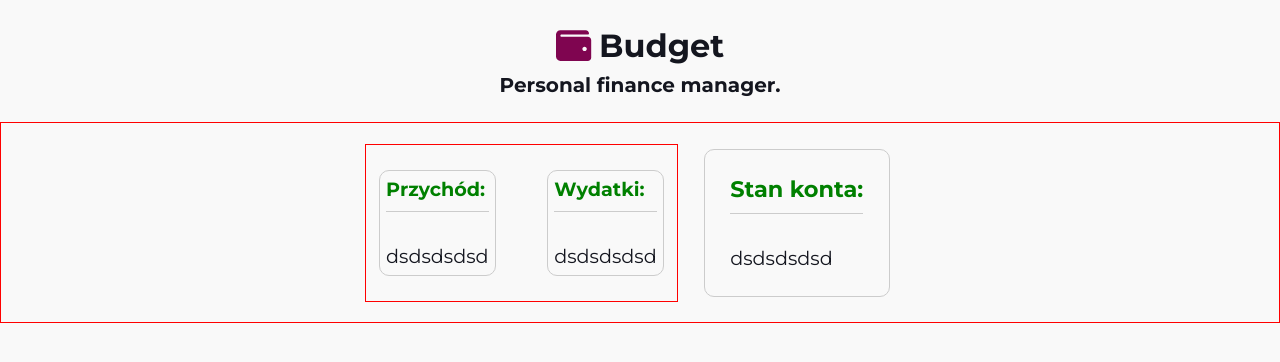
Repository: KrzysKolo/sr_tydzien4_zad4
Page: /
These files come from the project's save history. The page is drawn as it stood at one moment and after the next save; the edit follows.
The browser window is 1280 px wide. The pictures show the whole page.
Some web libraries are served in a nearby version. The project was rebuilt for these pictures with package versions that can differ from the ones it lists, and the page was loaded fresh each time.

Above is the page before, as saved 2020-11-29 14:33:33.

After the next save:
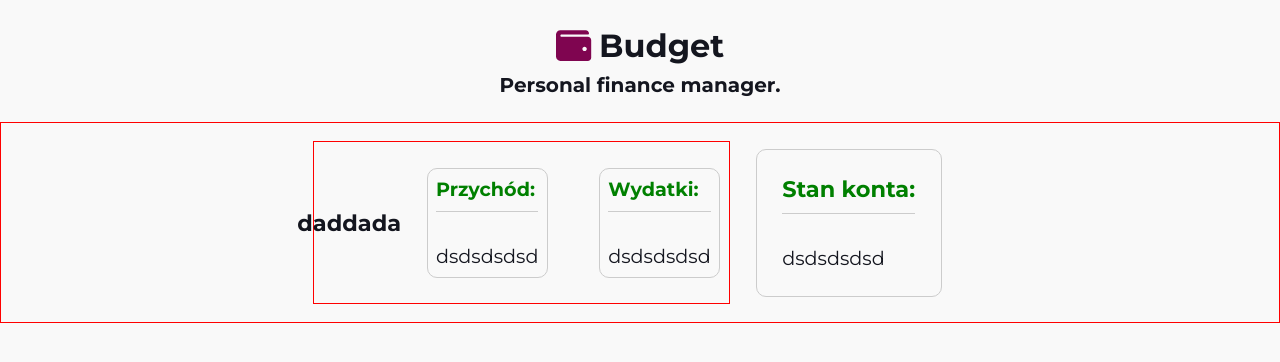
Saved 51 s later.
--- a/src/components/Budget.js
+++ b/src/components/Budget.js
@@ -42,6 +42,7 @@ const Budget = () => {
                 <Header />
                 <SectionContainer>
                     <SectionBudget>
+                        <h1>daddada</h1>
                         <Section title={"Przychód"} label={"p"}/>
                         <Section title={"Wydatki"}/>
                     </SectionBudget>
